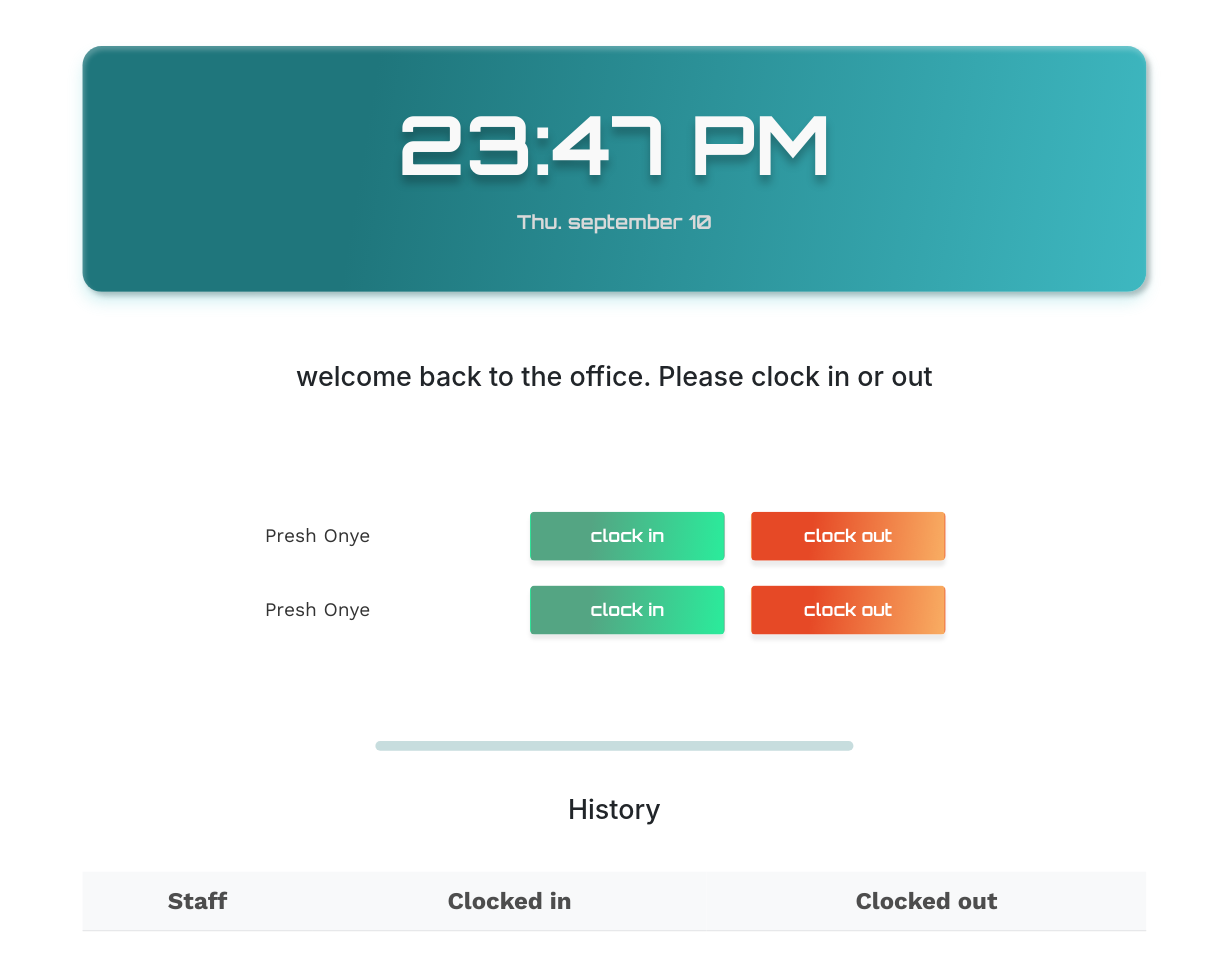
Repository: giprim/clocker
Page: /
These files come from the project's save history. The page is drawn as it stood at one moment and after the next save; the edit follows.
The browser window is 1280 px wide. The pictures show the whole page, at 96% of full size.
The project was rebuilt for these pictures with package versions that can differ from the ones it lists, and the page was loaded fresh each time.

Above is the page before, as saved 2020-09-11 13:22:11.

After the next save:
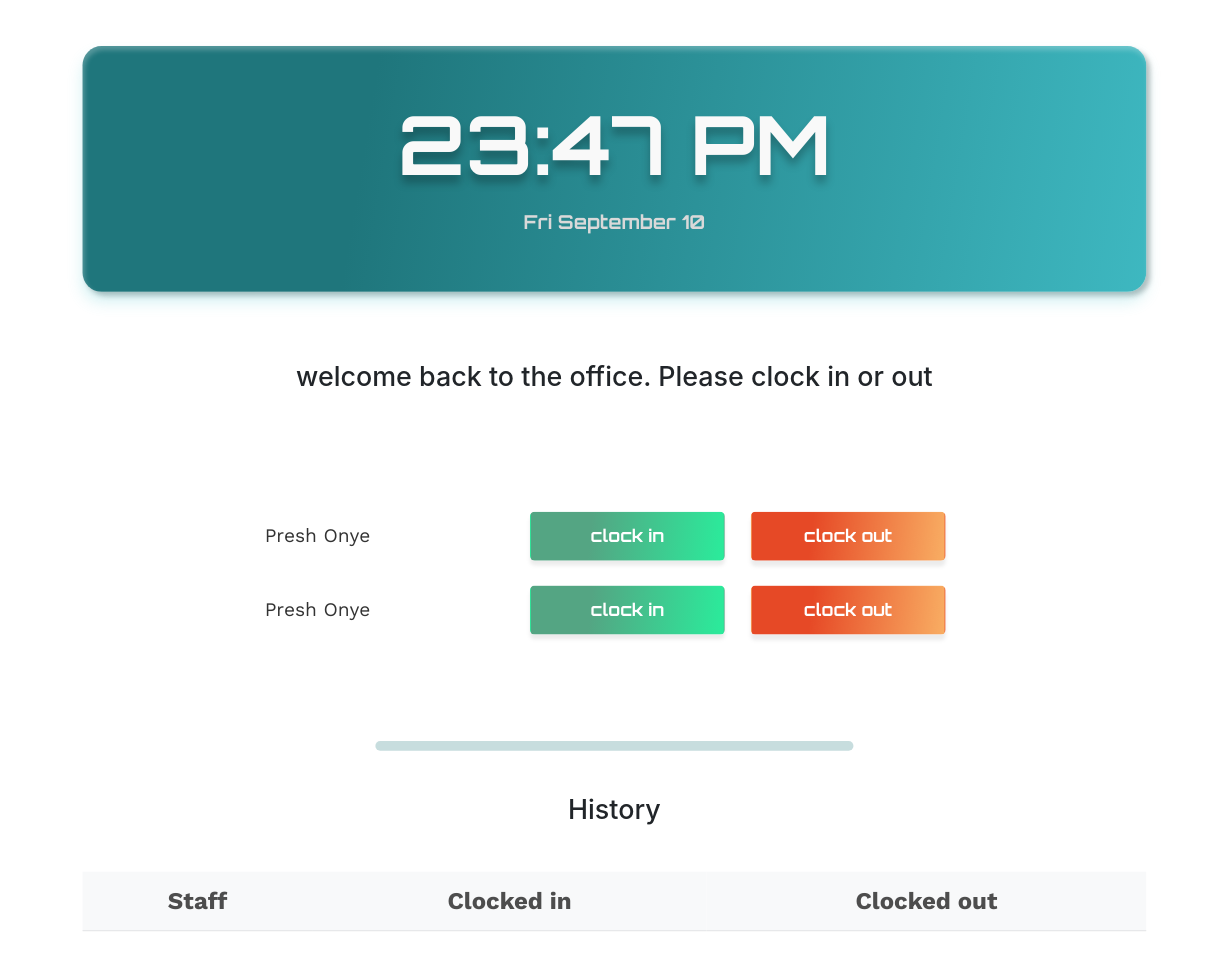
Saved 24 s later.
--- a/src/App.tsx
+++ b/src/App.tsx
@@ -52,7 +52,7 @@
             <h4 className='display-3 text-center'>{getTime}</h4>
           </div>
           <div className='col-12 text-center mt-2 mb-1'>
-            <h6>Thu. september 10</h6>
+            <h6>{getDate}</h6>
           </div>
         </div>
       </div>
